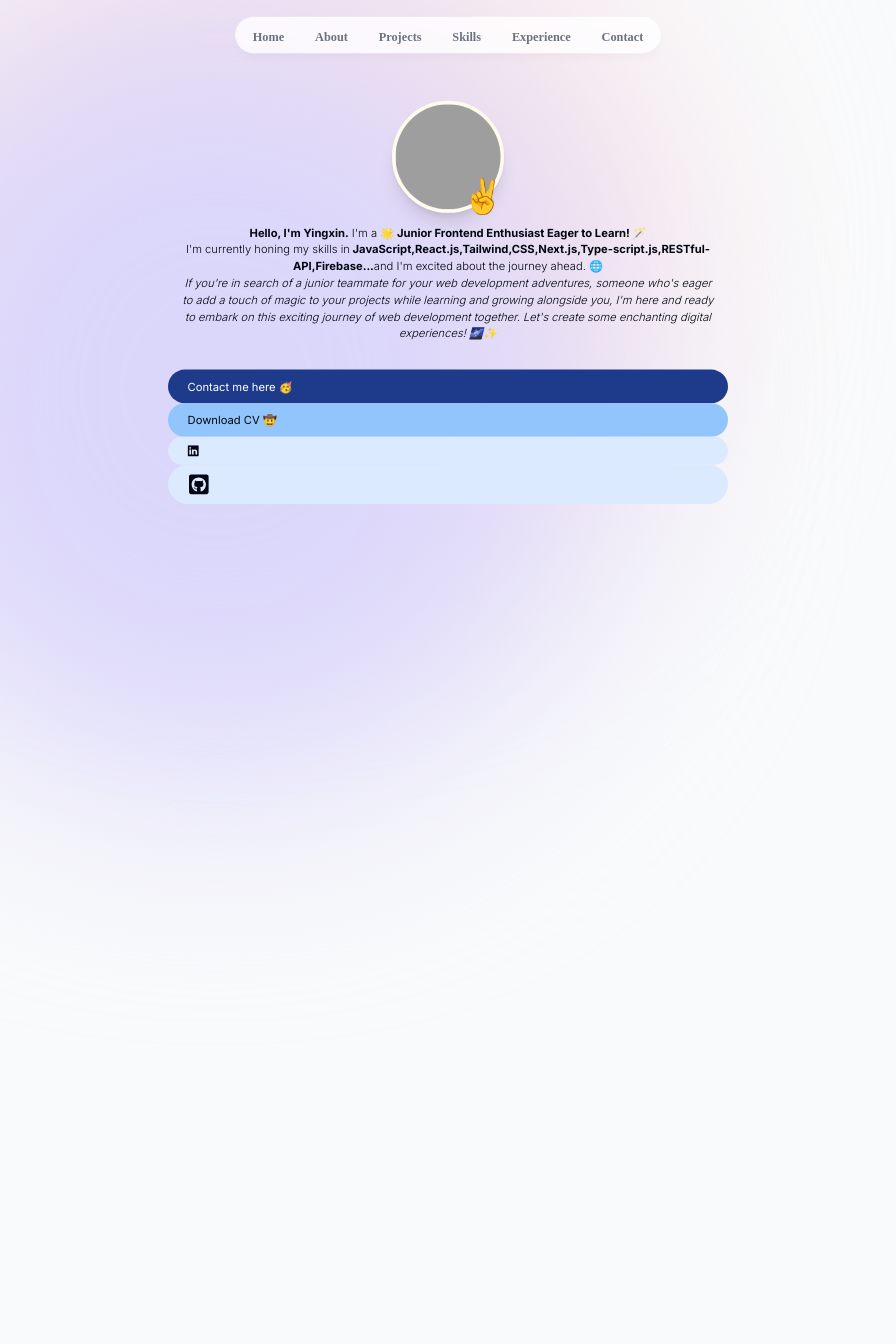
Repository: Tracy-maker/portfolio_website
Page: /
The author's editor kept a copy of each file at every save. The page is drawn from the files as they stood at one save, then again after the next save.
The browser window is 1280 px wide. The pictures show the part of the page from y = 0 to 1920 px (the page is 5000 px tall), at 70% of full size.
Pictures or frames that could not be fetched are drawn as grey boxes. The project was rebuilt for these pictures with package versions that can differ from the ones it lists, and the page was loaded fresh each time. The framework's server and built-in components were replaced by stand-ins that run in the browser. Also part of the build but not shown: next.config.js.

Above is the page before, as saved 2023-10-06 11:30:13.

### app/layout.tsx
import Header from "@/components/header";
import "./globals.css";
import type { Metadata } from "next";
import { Inter } from "next/font/google";

const inter = Inter({ subsets: ["latin"] });

export const metadata: Metadata = {
  title: "Yingxin_Zhang | Portfolio",
  description: "Yingxin_Zhang is a front-end developer",
};

export default function RootLayout({
  children,
}: {
  children: React.ReactNode;
}) {
  return (
    <html lang="en">
      <body
        className={`${inter.className} bg-gray-50 text-gray-950 relative h-[5000px] pt-28 sm:pt-36`}
      >
        <div className="bg-[#fbe2e3] absolute top-[-6rem] -z-10 right-[21rem] h-[56.25rem] w-[31.25rem] rounded-full blur-[10rem] sm:w-[68.75rem]"></div>
        <div className="bg-[#dbd7fb] absolute top-[-1rem] -z-10 left-[-45rem] h-[71.25rem] w-[-30rem] rounded-full blur-[10rem] sm:w-[68.75rem] md:left-[-33rem] lg:left-[-28rem] xl:left-[-15rem] 2xl:left-[-5rem]"></div>
        <Header />
        {children}
      </body>
    </html>
  );
}

### app/page.tsx
import Intro from "@/components/intro";
import Image from "next/image";

export default function Home() {
  return (
    <main className="flex flex-col items-center">
      <Intro />
    </main>
  );
}

### components/header.tsx
"use client";
import { motion } from "framer-motion";
import { links } from "@/lib/data";
import Link from "next/link";


export default function Header() {
  return (
    <header className="z-[999] relative">
      <motion.div
        className="fixed top-0 left-1/2 h-[4.5rem] w-full
        rounded-none border border-white border-opacity-40
        bg-white bg-opacity-80 shadow-lg shadow-black/[0.03]
        backdrop-blur-[0.5rem] sm:top-6 sm:h-[3.25rem] sm:w-[38rem] sm:rounded-full"
        initial={{ y: -100, x: "-50%", opacity: 0 }}
        animate={{ y: 0, x: "-50%", opacity: 1 }}
      ></motion.div>

      <nav className="flex font-custom fixed top-[0.15rem] left-1/2 h-12 -translate-x-1/2 py-2 sm:top-[1.7rem] sm:h-[initial] sm:py-0">
        <ul className="flex w-[22rem] flex-wrap items-center justify-center gap-y-1 text-[1.1rem] font-bold text-gray-500 sm:w-[initial] sm:flex-nowrap sm:gap-5">
          {links.map((link) => (
            <motion.li
              className="h-3/4 flex items-center justify-center relative"
              key={link.hash}
              initial={{ y: -100, opacity: 0 }}
              animate={{ y: 0, opacity: 1 }}
            >
              <Link
                className="flex w-full items-center justify-center px-3 py-3 hover:text-gray-950 transition"
                href={link.hash}
              >
                {link.name}
              </Link>
            </motion.li>
          ))}
        </ul>
      </nav>
    </header>
  );
}

### components/intro.tsx
"use client";

import Image from "next/image";
import React from "react";
import { motion } from "framer-motion";
import Link from "next/link";
import { BsLinkedin } from "react-icons/bs";
import { FaGithubSquare } from "react-icons/fa";

export default function Intro() {
  return (
    <section className="mb-28 max-w-[50rem] text-center sm:mb-0 scroll-mt-[100rem]">
      <div className="flex items-center justify-center">
        <div className="relative">
          <motion.div
            initial={{ opacity: 0, scale: 0 }}
            animate={{ opacity: 1, scale: 1 }}
            transition={{
              type: "tween",
              duration: 0.2,
            }}
          >
            <Image
              src="https://i.ibb.co/MRHHtS5/Wechat-IMG7.jpg"
              alt="Personal image"
              width="300"
              height="300"
              quality="90"
              priority={true}
              className="h-40 w-40 rounded-full object-cover border-[0.35rem] border-amber-50 shadow-xl"
            />
          </motion.div>

          <motion.span
            className="absolute bottom-0 right-0 text-5xl"
            initial={{ opacity: 0, scale: 0 }}
            animate={{ opacity: 1, scale: 1 }}
            transition={{
              type: "spring",
              stiffness: 125,
              delay: 0.1,
              duration: 0.7,
            }}
          >
            ✌️
          </motion.span>
        </div>
      </div>
      <motion.h6
        className="mb-10 mt-4 px-4 text-s font-light !leading-[1.5] sm:text-m"
        initial={{ opacity: 0, y: 100 }}
        animate={{ opacity: 1, y: 0 }}
      >
        <span className="font-bold">Hello, I'm Yingxin.</span> I'm a{" "}
        <span className="font-bold">
          🌟 Junior Frontend Enthusiast Eager to Learn! 🪄
        </span>
        <br />
        I'm currently honing my skills in
        <span className="font-bold">
          {" "}
          JavaScript,React.js,Tailwind,CSS,Next.js,Type-script.js,RESTful-API,Firebase...
        </span>
        and I'm excited about the journey ahead. 🌐
        <br />
        <span className="italic">
          If you're in search of a junior teammate for your web development
          adventures, someone who's eager to add a touch of magic to your
          projects while learning and growing alongside you, I'm here and ready
          to embark on this exciting journey of web development together. Let's
          create some enchanting digital experiences! 🌌✨
        </span>
      </motion.h6>

      <div>
        <Link
          href="#contact"
          className="bg-blue-900 text-white px-7 py-3 flex items-center gap-2 rounded-full"
        >
          Contact me here 🥳
        </Link>
        <a className="bg-blue-300 px-7 py-3 flex items-center gap-2 rounded-full">
          Download CV 🤠
        </a>
        <a className="bg-blue-100 px-7 py-3 flex items-center gap-2 rounded-full">
          <BsLinkedin />
        </a>
        <a className="bg-blue-100 px-7 py-3 flex items-center gap-2 rounded-full text-[2rem]">
          <FaGithubSquare />
        </a>
      </div>
    </section>
  );
}

### lib/data.ts
import React from "react";
import { CgWorkAlt } from "react-icons/cg";
import { FaReact } from "react-icons/fa";
import { LuGraduationCap } from "react-icons/lu";
import p1Img from "@/public/p1.png";
import p2Img from "@/public/p2.png";
import p3Img from "@/public/p3.png";

export const links = [
  {
    name: "Home",
    hash: "#home",
  },
  {
    name: "About",
    hash: "#about",
  },
  {
    name: "Projects",
    hash: "#projects",
  },
  {
    name: "Skills",
    hash: "#skills",
  },
  {
    name: "Experience",
    hash: "#experience",
  },
  {
    name: "Contact",
    hash: "#contact",
  },
] as const;

export const experiencesData = [
  {
    title: "Graduated bootcamp",
    location: "Miami, FL",
    description:
      "I graduated after 6 months of studying. I immediately found a job as a front-end developer.",
    icon: React.createElement(LuGraduationCap),
    date: "2019",
  },
  {
    title: "Front-End Developer",
    location: "Orlando, FL",
    description:
      "I worked as a front-end developer for 2 years in 1 job and 1 year in another job. I also upskilled to the full stack.",
    icon: React.createElement(CgWorkAlt),
    date: "2019 - 2021",
  },
  {
    title: "Full-Stack Developer",
    location: "Houston, TX",
    description:
      "I'm now a full-stack developer working as a freelancer. My stack includes React, Next.js, TypeScript, Tailwind, Prisma and MongoDB. I'm open to full-time opportunities.",
    icon: React.createElement(FaReact),
    date: "2021 - present",
  },
] as const;

export const projectsData = [
  {
    title: "CorpComment",
    description:
      "I worked as a full-stack developer on this startup project for 2 years. Users can give public feedback to companies.",
    tags: ["React", "Next.js", "MongoDB", "Tailwind", "Prisma"],
    imageUrl: p1Img,
  },
  {
    title: "rmtDev",
    description:
      "Job board for remote developer jobs. I was the front-end developer. It has features like filtering, sorting and pagination.",
    tags: ["React", "TypeScript", "Next.js", "Tailwind", "Redux"],
    imageUrl: p2Img,
  },
  {
    title: "Word Analytics",
    description:
      "A public web app for quick analytics on text. It shows word count, character count and social media post limits.",
    tags: ["React", "Next.js", "SQL", "Tailwind", "Framer"],
    imageUrl: p3Img,
  },
] as const;

export const skillsData = [
  "HTML",
  "CSS",
  "JavaScript",
  "TypeScript",
  "React",
  "Next.js",
  "Git",
  "MUI-material",
  "Tailwind",
  "REST-API",
  "PostgreSQL",
  "Framer Motion",
] as const;

### tailwind.config.ts
import type { Config } from 'tailwindcss'

const config: Config = {
  content: [
    './pages/**/*.{js,ts,jsx,tsx,mdx}',
    './components/**/*.{js,ts,jsx,tsx,mdx}',
    './app/**/*.{js,ts,jsx,tsx,mdx}',
  ],
  theme: {
    extend: {
      backgroundImage: {
        'gradient-radial': 'radial-gradient(var(--tw-gradient-stops))',
        'gradient-conic':
          'conic-gradient(from 180deg at 50% 50%, var(--tw-gradient-stops))',
      },
      fontFamily: {
        custom: ["Gabarito", "cursive"],
      },
    },
  },
  plugins: [],
}
export default config

Loaded but not shown: app/globals.css (common file)

After the next save:
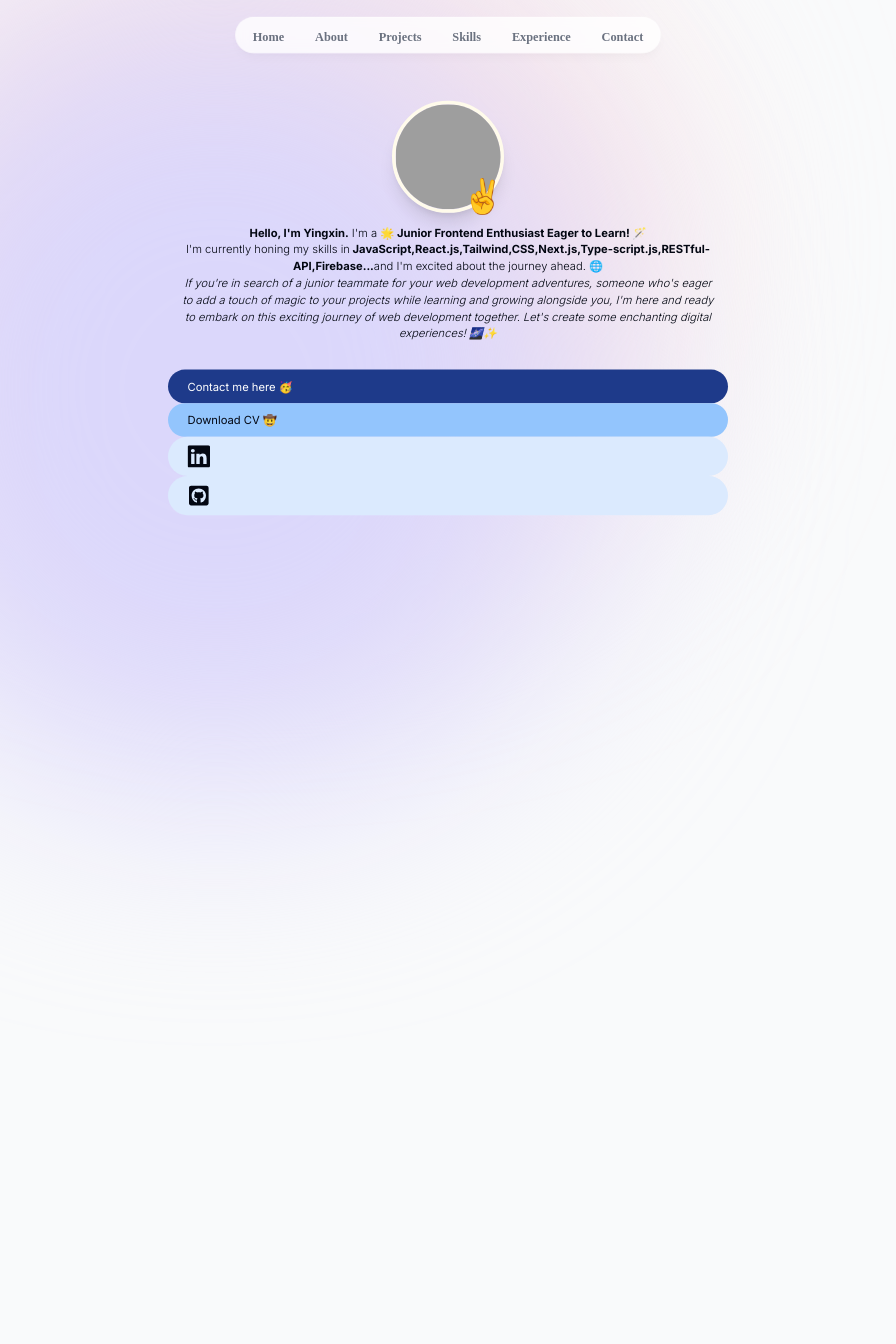
Saved 9 s later.
--- a/components/intro.tsx
+++ b/components/intro.tsx
@@ -82,7 +82,7 @@ export default function Intro() {
         <a className="bg-blue-300 px-7 py-3 flex items-center gap-2 rounded-full">
           Download CV 🤠
         </a>
-        <a className="bg-blue-100 px-7 py-3 flex items-center gap-2 rounded-full">
+        <a className="bg-blue-100 px-7 py-3 flex items-center gap-2 rounded-full text-[2rem]">
           <BsLinkedin />
         </a>
         <a className="bg-blue-100 px-7 py-3 flex items-center gap-2 rounded-full text-[2rem]">
